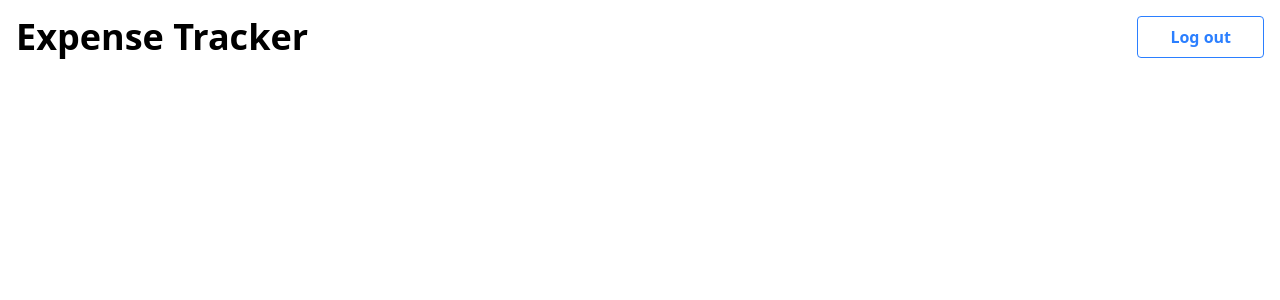
Repository: Syed-Mohsin-Ali786/frontend-expense-tracker
Page: /
These files come from the project's save history. The page is drawn as it stood at one moment and after the next save; the edit follows.
The browser window is 1280 px wide. The pictures show the whole page.
The project was rebuilt for these pictures with package versions that can differ from the ones it lists, and the page was loaded fresh each time.

Above is the page before, as saved 2025-09-28 13:53:07.

After the next save:
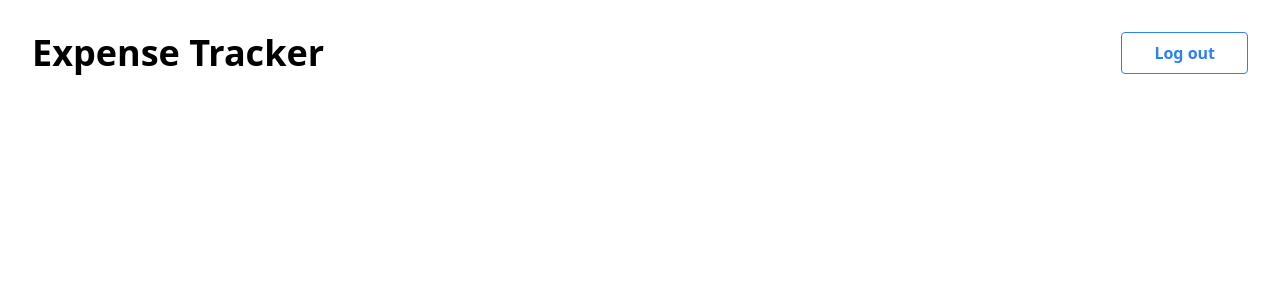
Saved 43 s later.
--- a/src/App.tsx
+++ b/src/App.tsx
@@ -5,9 +5,9 @@ function App() {
 
 
   return (
-    <div className=' mt-4 mx-4'>
+    <div className=' mt-4 mx-4 p-4'>
       <header className='flex items-center justify-between'>
-     <h1 className='text-4xl font-semibold'>Expense Tracker</h1>
+     <h1 className='text-4xl  font-semibold'>Expense Tracker</h1>
      <button className=' border border-blue-500 py-2 px-3 md:px-6 lg:px-8 rounded font-semibold text-blue-500'>Log out</button>
       </header>
 
